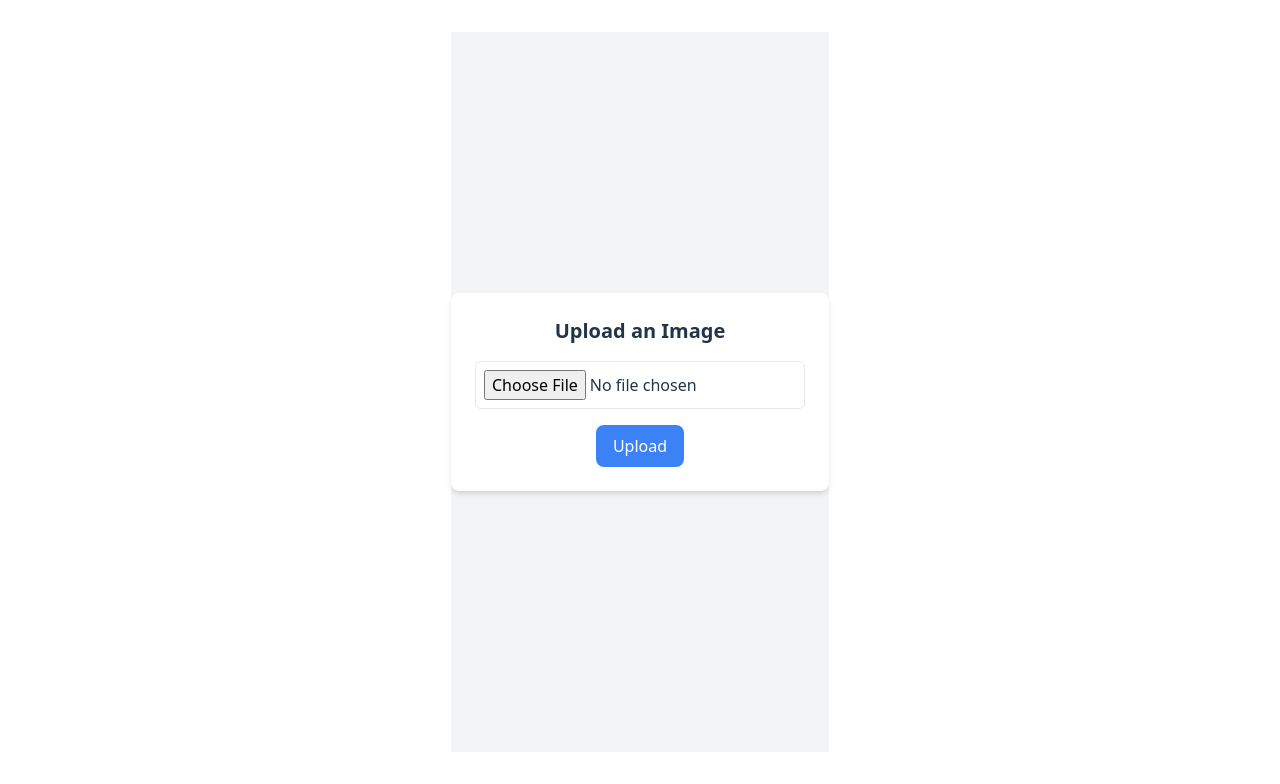
Repository: Pahyn/malocclusion-react
Page: /
An editor plug-in stored every save of this project. The page is shown before and after the next save, followed by the edit.
The browser window is 1280 px wide. The pictures show the whole page.
The project was rebuilt for these pictures with package versions that can differ from the ones it lists, and the page was loaded fresh each time. Also part of the build but not shown: vite.config.ts.

Above is the page before, as saved 2025-03-01 03:17:54.

### src/App.tsx
// import { useState } from 'react'
// import reactLogo from './assets/react.svg'
// import viteLogo from '/vite.svg'
import './App.css'
import UploadForm from './UploadForm'

function App() {

  return (
    <div className="flex justify-center items-center h-screen bg-gray-100">
      <UploadForm />
    </div>
  )
}

export default App

### src/UploadForm.tsx
import React, { useState } from "react";
import './tailwind.css'

const UploadForm: React.FC = () => {
    const [selectedFile, setSelectedFile] = useState<File | null>(null);
    const [preview, setPreview] = useState<string | null>(null);

    // Handle file selection
    const handleFileChange = (event: React.ChangeEvent<HTMLInputElement>) => {
        const file = event.target.files?.[0] || null;
        setSelectedFile(file);

        if (file) {
            const reader = new FileReader();
            reader.onloadend = () => setPreview(reader.result as string);
            reader.readAsDataURL(file);
        } else {
            setPreview(null);
        }
    };

    // Handle form submission
    const handleUpload = async () => {
        if (!selectedFile) return alert("Please select a file first!");

        const formData = new FormData();
        formData.append("file", selectedFile);

        try {
            const response = await fetch("http://localhost:5000/upload", {
                method: "POST",
                body: formData,
            });

            if (!response.ok) throw new Error("Upload failed!");

            alert("File uploaded successfully!");
        } catch (error) {
            console.error("Upload error:", error);
            alert("Error uploading file!");
        }
    };

    return (
        <div className="flex flex-col items-center gap-4 p-6 bg-white shadow-md rounded-lg">
            <h2 className="text-xl font-semibold">Upload an Image</h2>

            <input type="file" accept="image/*" onChange={handleFileChange} className="p-2 border rounded-md" />

            {preview && <img src={preview} alt="Preview" className="w-32 h-32 object-cover rounded-md" />}

            <button
                onClick={handleUpload}
                className="px-4 py-2 bg-blue-500 text-white  rounded-lg hover:bg-blue-300 transition"
            >
                Upload
            </button>
        </div>
    );
};

export default UploadForm;

Loaded but not shown: index.html (common file); src/main.tsx (common file); src/index.css (common file); src/App.css (common file); tailwind.config.js (common file); src/tailwind.css (no stored copy; drawn as an empty file)

After the next save:
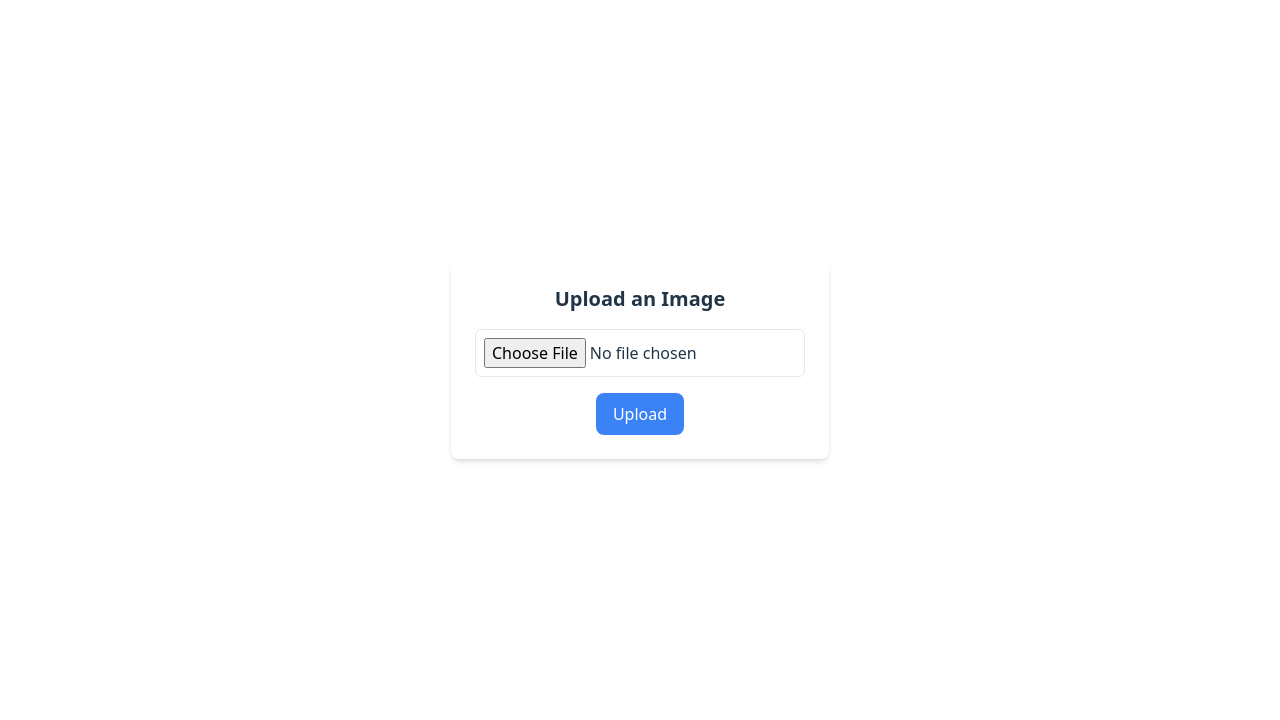
Saved 96 s later.
--- a/src/App.tsx
+++ b/src/App.tsx
@@ -7,7 +7,7 @@ import UploadForm from './UploadForm'
 function App() {
 
   return (
-    <div className="flex justify-center items-center h-screen bg-gray-100">
+    <div className="flex justify-center items-center">
       <UploadForm />
     </div>
   )
